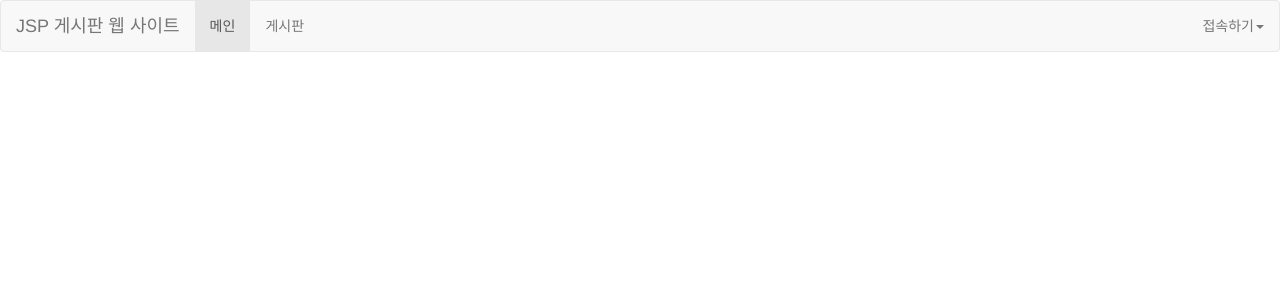
Repository: dirn0568/project
Page: http://localhost/myWeb/board.jsp
The author's editor kept a copy of each file at every save. The page is drawn from the files as they stood at one save, then again after the next save.
The browser window is 1280 px wide. The pictures show the whole page.
Some web libraries are served in a nearby version. The page is served by Tomcat 9. Other server files are loaded and not shown.

Above is the page before, as saved 2022-10-07 14:39:09.

### myWeb/src/main/webapp/board.jsp
<%@ page language="java" contentType="text/html; charset=UTF-8"
    pageEncoding="UTF-8"%>
<%@ page import="java.io.PrintWriter" %>
<% request.setCharacterEncoding("UTF-8"); %>
<!DOCTYPE html>
<html>
<head>
<meta charset="UTF-8">
<meta name="viewport" content="width-device-width", initial-scale="1">
<link rel="stylesheet" href="css/bootstrap.css">
<title>JSP 게시판 웹 사이트</title>
</head>
<body>
	<nav class="navbar navbar-default">
		<div class="navbar-header">
			<button type="button" class="navbar-toggle collapsed"
				data-toggle="collapse" data-target="#bs-example-navbar-collapse-1"
				aria-expanded="false">
				<span class="icon-bar"></span>
				<span class="icon-bar"></span>
				<span class="icon-bar"></span>
				</button>
				<a class="navbar-brand" href="main.jsp">JSP 게시판 웹 사이트</a>
		</div>
		<div class="collapse navbar-collapse" id="bs-example-navbar-collapse-1">
			<ul class="nav navbar-nav">
				<li class="active"><a href="main.jsp">메인</a></li>
				<li><a href="bbs.jsp">게시판</a></li>
			</ul>
			<%
				Object register = session.getAttribute("userID");
				if (register == null) {
			%>
			<ul class="nav navbar-nav navbar-right">
				<li class="dropdown">
					<a href="#" class="dropdown-toggle"
						data-toggle="dropdown" role="button" aria-haspopup="true"
						aria-expanded="false">접속하기<span class="caret"></span></a>
					<ul class="dropdown-menu">
						<li><a href="login.jsp">로그인</a></li>
						<li><a href="join.jsp">회원가입</a></li>
					</ul>
				</li>
			</ul>
			<%
				} else {
			%>
			<ul class="nav navbar-nav navbar-right">
				<li class="dropdown">
					<a href="#" class="dropdown-toggle"
						data-toggle="dropdown" role="button" aria-haspopup="true"
						aria-expanded="false">회원관리<span class="caret"></span></a>
					<ul class="dropdown-menu">
						<li><a href="logoutAction.jsp">로그아웃</a></li>
					</ul>
				</li>
			</ul>
			<%
				}
			%>
		</div>
	</nav>
	<script src="https://code.jquery.com/jquery-3.1.1.min.js"></script>
	<script src="js/bootstrap.js"></script>
</body>
</html>

Loaded but not shown: myWeb/src/main/webapp/css/bootstrap.css (library); myWeb/src/main/webapp/js/bootstrap.js (library)

After the next save:
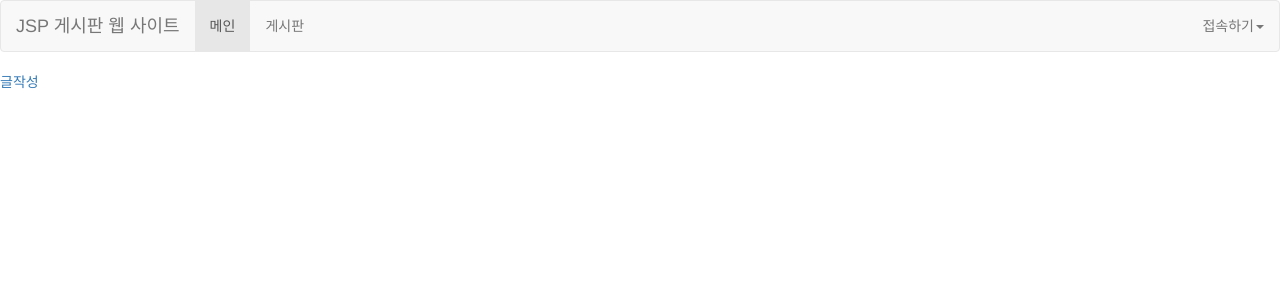
Saved 4 min 50 s later.
--- a/myWeb/src/main/webapp/board.jsp
+++ b/myWeb/src/main/webapp/board.jsp
@@ -60,6 +60,9 @@
 			%>
 		</div>
 	</nav>
+	<div>
+		<a href="write.jsp">글작성</a>
+	</div>
 	<script src="https://code.jquery.com/jquery-3.1.1.min.js"></script>
 	<script src="js/bootstrap.js"></script>
 </body>
